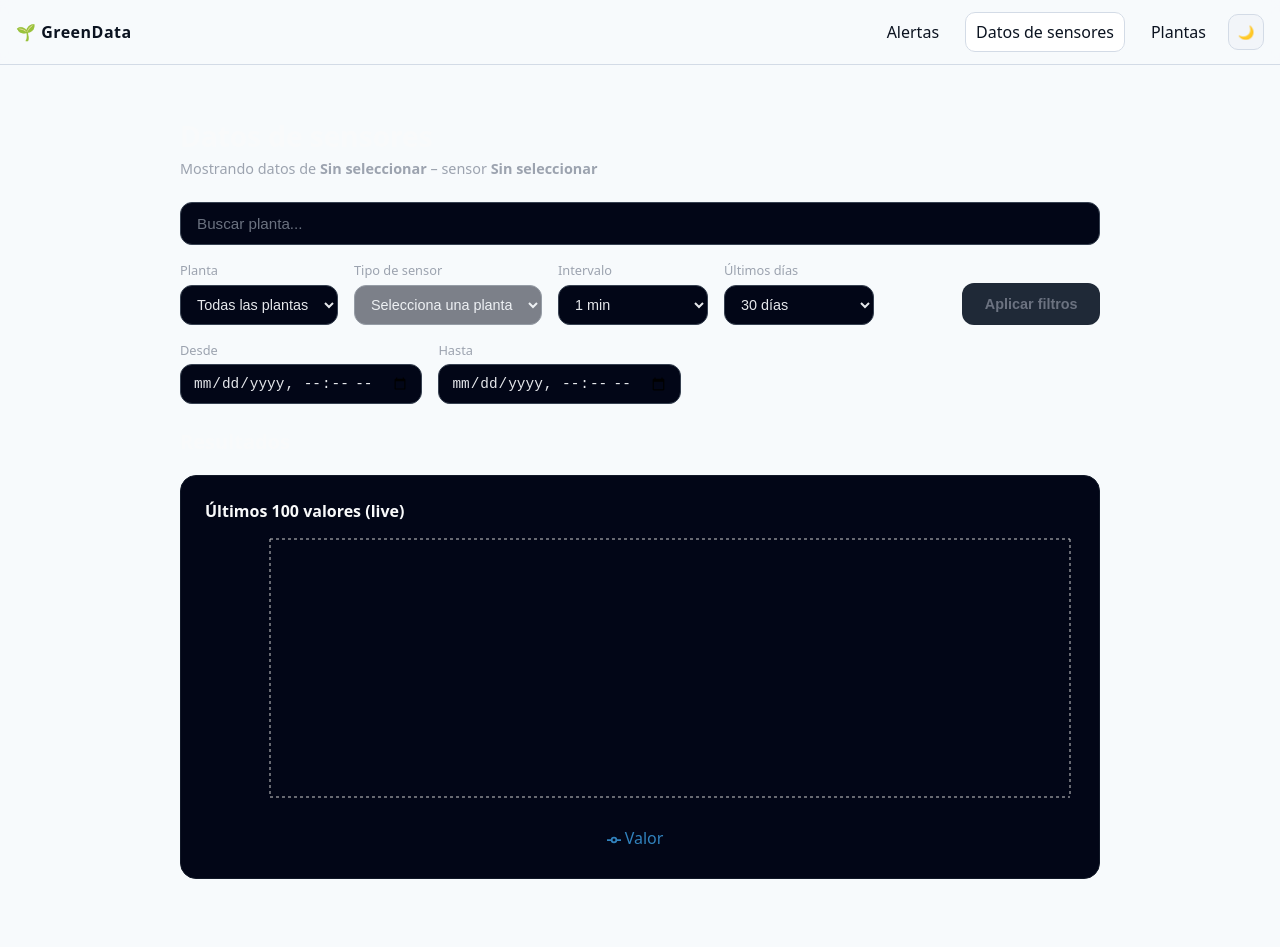
Repository: vicente3000/Sistema-de-sensores
Page: /sensores (app in frontend/)
The author's editor kept a copy of each file at every save. The page is drawn from the files as they stood at one save, then again after the next save.
The browser window is 1280 px wide. The pictures show the whole page.
The page's requests for data from a server got no answer. The project was rebuilt for these pictures with package versions that can differ from the ones it lists, and the page was loaded fresh each time. No one was signed in, and anything a server would have sent is missing. Also part of the build but not shown: frontend/src/css/Alerts.css, frontend/src/lib/Api.ts, frontend/src/services/socket.ts, frontend/src/pages/Alerts.tsx, frontend/src/css/Home.css, frontend/src/pages/Home.tsx, frontend/src/css/Modal.css, frontend/src/components/ConfirmModal.tsx and 2 more.

Above is the page before, as saved 2025-11-17 18:12:48.

After the next save:
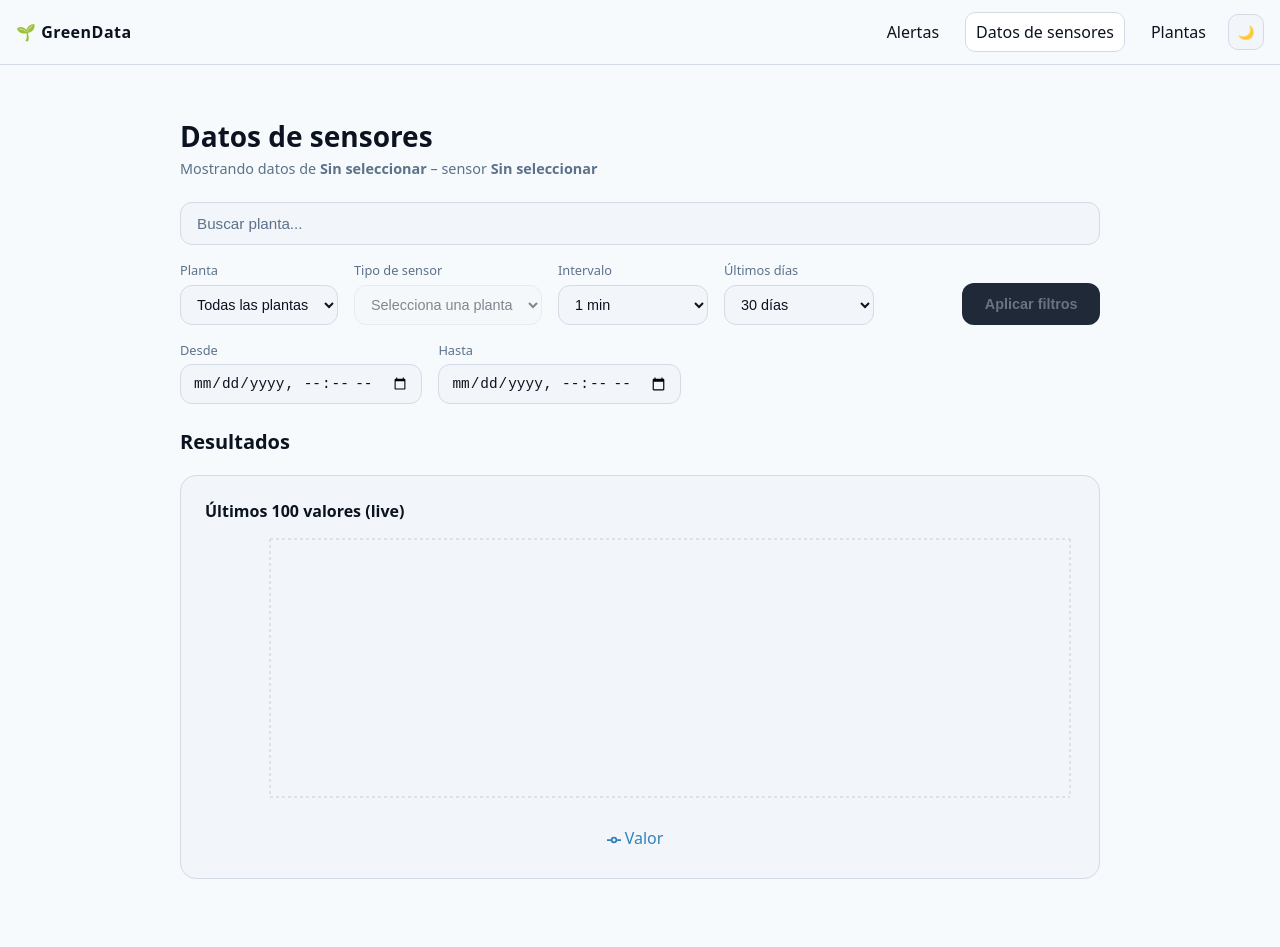
Saved 11 s later.
--- a/frontend/src/css/SensorData.css
+++ b/frontend/src/css/SensorData.css
@@ -4,7 +4,7 @@
   max-width: 1200px;
   margin: 0 auto;
   padding: 2rem 1.5rem 3rem;
-  color: #f9fafb;
+  color: var(--fg);
   font-family: system-ui, -apple-system, BlinkMacSystemFont, "Segoe UI",
     sans-serif;
 }
@@ -19,11 +19,7 @@
   margin: 0;
 }
 
-.sensor-subtitle {
-  margin-top: 0.25rem;
-  font-size: 0.9rem;
-  color: #9ca3af;
-}
+.sensor-subtitle { margin-top: 0.25rem; font-size: 0.9rem; color: var(--muted); }
 
 /* Barra de busqueda */
 
@@ -35,16 +31,14 @@
 .sensor-search-input {
   width: 100%;
   border-radius: 0.75rem;
-  border: 1px solid #374151;
-  background-color: #020617;
+  border: 1px solid var(--border);
+  background-color: var(--surface);
   padding: 0.75rem 1rem;
-  color: #e5e7eb;
+  color: var(--fg);
   font-size: 0.95rem;
 }
 
-.sensor-search-input::placeholder {
-  color: #6b7280;
-}
+.sensor-search-input::placeholder { color: var(--muted); }
 
 .sensor-search-input:focus {
   outline: none;
@@ -69,17 +63,14 @@
   min-width: 150px;
 }
 
-.sensor-filter-label {
-  font-size: 0.8rem;
-  color: #9ca3af;
-}
+.sensor-filter-label { font-size: 0.8rem; color: var(--muted); }
 
 .sensor-filter-select {
   height: 2.5rem;
   border-radius: 0.75rem;
-  border: 1px solid #374151;
-  background-color: #020617;
-  color: #e5e7eb;
+  border: 1px solid var(--border);
+  background-color: var(--surface);
+  color: var(--fg);
   padding: 0 0.75rem;
   font-size: 0.9rem;
 }
@@ -138,9 +129,9 @@
 .sensor-filter-input {
   height: 2.5rem;
   border-radius: 0.75rem;
-  border: 1px solid #374151;
-  background-color: #020617;
-  color: #e5e7eb;
+  border: 1px solid var(--border);
+  background-color: var(--surface);
+  color: var(--fg);
   padding: 0 0.75rem;
   font-size: 0.9rem;
 }
@@ -167,8 +158,8 @@
   margin-top: 1.25rem;
   padding: 1.5rem;
   border-radius: 1rem;
-  background-color: #020617;
-  border: 1px solid #111827;
+  background-color: var(--surface);
+  border: 1px solid var(--border);
 }
 
 .chart-block h3 {
